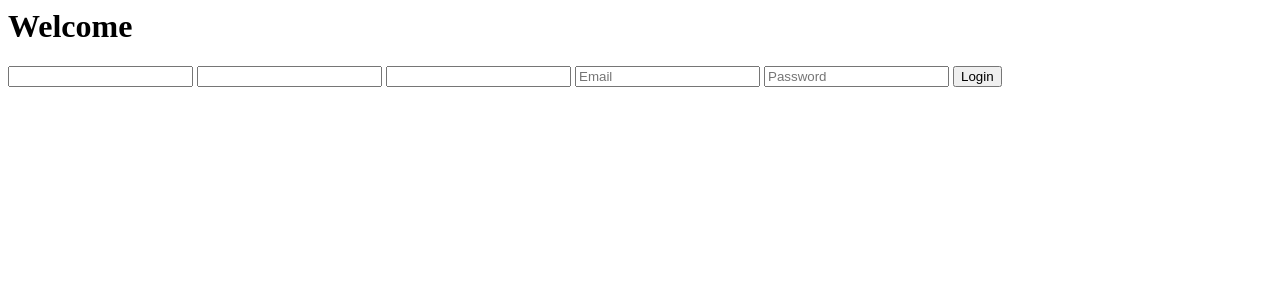
Repository: varshaumeshhs55/ServletProject
Page: LoginRegistrationApp/WebContent/index.html
An editor plug-in stored every save of this project. The page is shown before and after the next save, followed by the edit.
The browser window is 1280 px wide. The pictures show the whole page.

Above is the page before, as saved 2019-01-22 07:38:11.

After the next save:
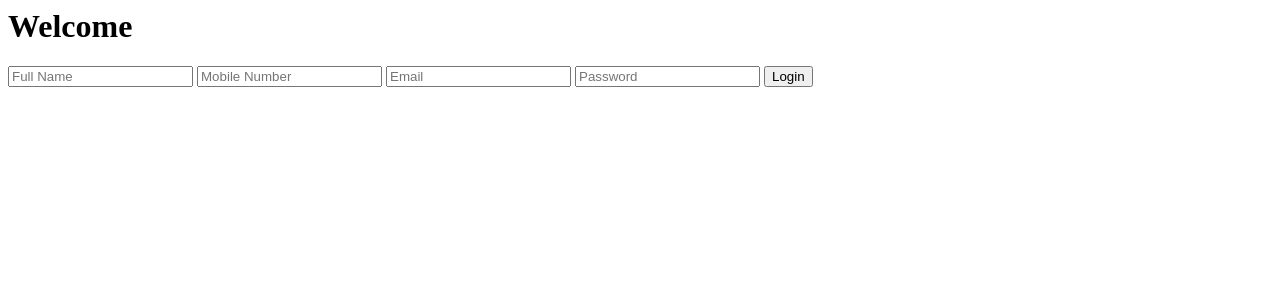
Saved 5 min 7 s later.
--- a/LoginRegistrationApp/WebContent/index.html
+++ b/LoginRegistrationApp/WebContent/index.html
@@ -5,9 +5,9 @@
 <body>
 	<form action="login" method="post">
 
-		<input type="Full Name" name="name"> <input
-			type="Mobile Number" name="number"> <input type="Full Name"
-			name="name"> <input type="text" name="email"
+		<input type="Full Name" name="name" placeholder="Full Name"> <input
+			type="Mobile Number" name="number" placeholder="Mobile Number">
+		 <input type="text" name="email"
 			placeholder="Email"> <input type="password" name="password"
 			placeholder="Password"> <input type="submit" value="Login">
 	</form>
